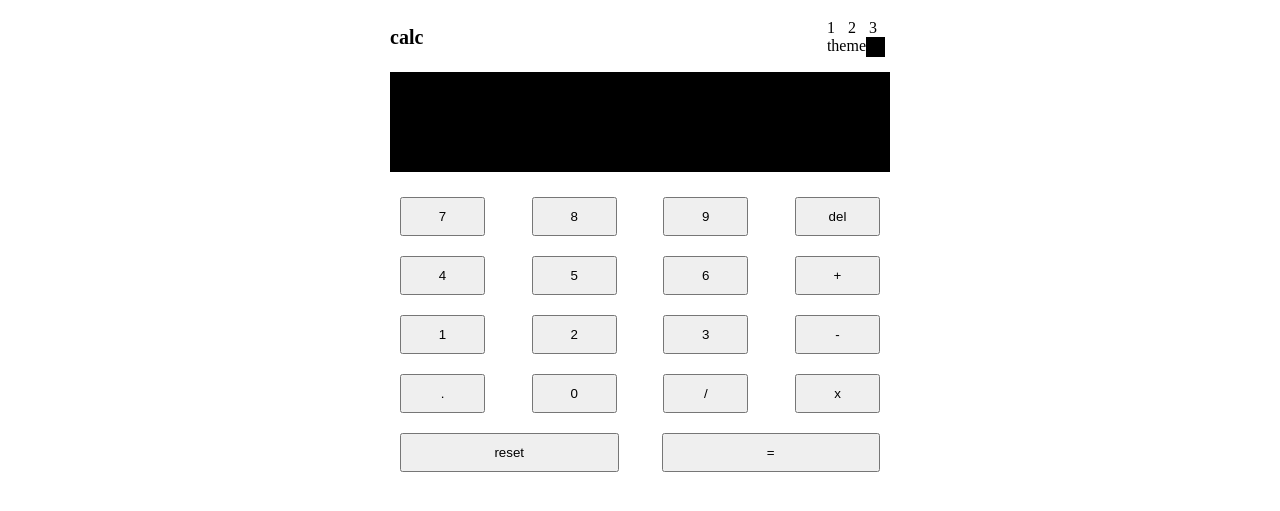
Repository: Eugene44-hub/basic-calculator
Page: index.html
An editor plug-in stored every save of this project. The page is shown before and after a run of saves, followed by the edit.
The browser window is 1280 px wide. The pictures show the whole page.

Above is the page before, as saved 2021-10-02 02:28:45.
Console error: SyntaxError: Unexpected end of input

After the next 2 saves:
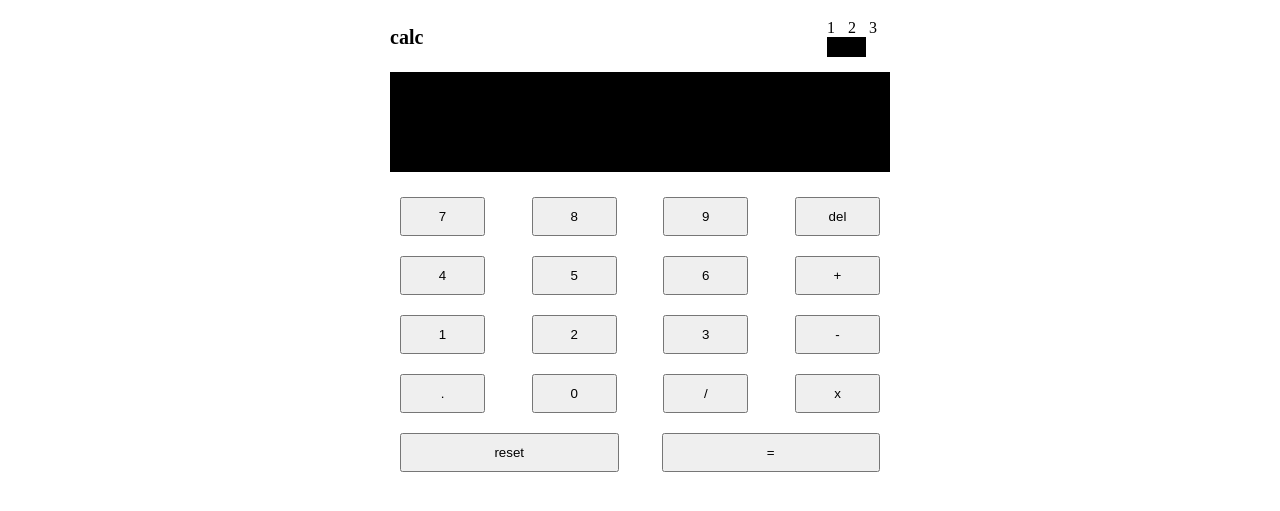
The 2 saves are shown as one change because they came seconds apart.
The last was saved 36 s later.
--- a/index.html
+++ b/index.html
@@ -20,8 +20,10 @@
                     <span id="one">1</span>
                     <span id="two">2</span>
                     <span id="three">3</span>
-                    <p>theme</p>
-                    <div class="toggle"></div>
+
+                    <div class="toggle">
+                        <p>theme</p>
+                    </div>
                 </div>
             </div>
         </div>
